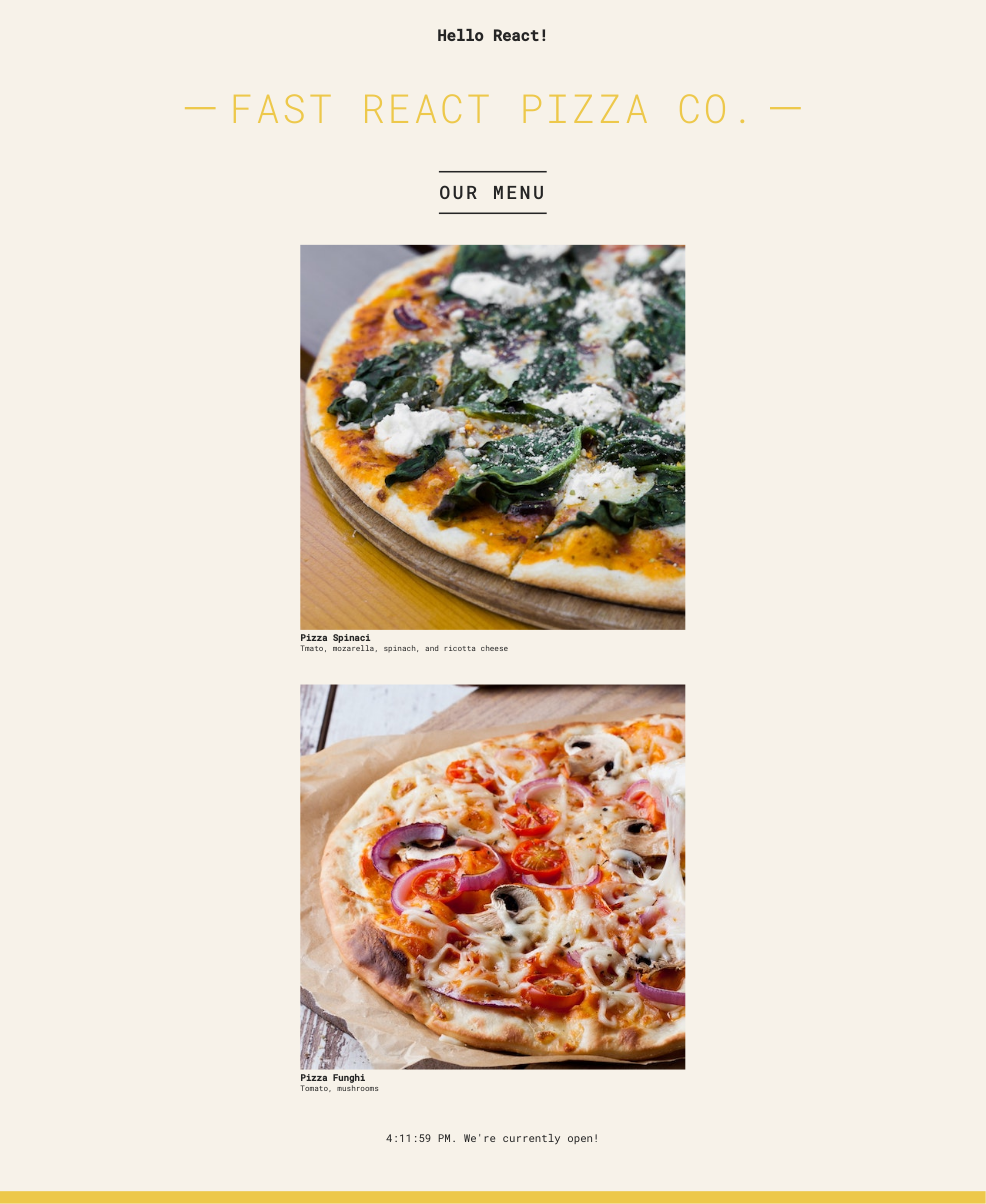
Repository: Alphosmart/03_pizza-menu
Page: /
These files come from the project's save history. The page is drawn as it stood at one moment and after the next save; the edit follows.
The browser window is 1280 px wide. The pictures show the whole page, at 77% of full size.
The project was rebuilt for these pictures with package versions that can differ from the ones it lists, and the page was loaded fresh each time.

Above is the page before, as saved 2024-05-27 19:48:54.

### src/index.js
import React from "react";
import ReactDOM from "react-dom/client";
import "./index.css";

const pizzaData = [
  {
    name: "Focaccia",
    ingredients: "Bread with italian olive oil and rosemary",
    price: 6,
    photoName: "pizzas/focaccia.jpg",
    soldOut: false,
  },
  {
    name: "Pizza Margherita",
    ingredients: "Tomato and mozarella",
    price: 10,
    photoName: "pizzas/margherita.jpg",
    soldOut: false,
  },
  {
    name: "Pizza Spinaci",
    ingredients: "Tomato, mozarella, spinach, and ricotta cheese",
    price: 12,
    photoName: "pizzas/spinaci.jpg",
    soldOut: false,
  },
  {
    name: "Pizza Funghi",
    ingredients: "Tomato, mozarella, mushrooms, and onion",
    price: 12,
    photoName: "pizzas/funghi.jpg",
    soldOut: false,
  },
  {
    name: "Pizza Salamino",
    ingredients: "Tomato, mozarella, and pepperoni",
    price: 15,
    photoName: "pizzas/salamino.jpg",
    soldOut: true,
  },
  {
    name: "Pizza Prosciutto",
    ingredients: "Tomato, mozarella, ham, aragula, and burrata cheese",
    price: 18,
    photoName: "pizzas/prosciutto.jpg",
    soldOut: false,
  },
];

function App() {
  return (
    <div className="container">
      <h1>Hello React!</h1>
      <Header />
      <Menu />
      <Footer />
    </div>
  );
}

function Header() {
  // const style = { color: "red", fontSize: "48px", textTransform: "Uppercase" };
  const style = {};
  return (
    <header className="header">
      <h1 style={style}>Fast React Pizza Co.</h1>
    </header>
  );
}

function Menu() {
  return (
    <main className="menu">
      <h2>Our Menu</h2>
      <Pizza
        name="Pizza Spinaci"
        ingredients="Tmato, mozarella, spinach, and ricotta cheese"
        photoName="pizzas/spinaci.jpg"
        price="10"
      />
      <Pizza
        name="Pizza Funghi"
        ingredients="Tomato, mushrooms"
        price="12"
        photoName="pizzas/funghi.jpg"
      />
    </main>
  );
}

function Pizza(props) {
  console.log(props);
  return (
    <div>
      <img src={props.photoName} alt={props.name} />
      <h3>{props.name}</h3>
      <p>{props.ingredients}</p>
    </div>
  );
}
function Footer() {
  // const hour = new Date().getHours();
  // const openHour = 12;
  // const closeHour = 22;
  // const isOpen = hour >= openHour && hour <= closeHour;
  // console.log(isOpen);
  // if (hour >= openHour && hour <= closeHour) alert("We're currently open!");
  // else alert("Sorry We're closed!");
  return (
    <footer className="footer">
      {new Date().toLocaleTimeString()}. We're currently open!
    </footer>
  );

  // return React.createElement("footer", null, "We're currently open!");
}

// React v18
const root = ReactDOM.createRoot(document.getElementById("root"));
root.render(
  <React.StrictMode>
    <App />
  </React.StrictMode>
); // or root.render<App />);

//React before v18
// React.render(<App />, document.getElementById("root"));

Loaded but not shown: public/index.html (common file); src/index.css (common file)

After the next save:
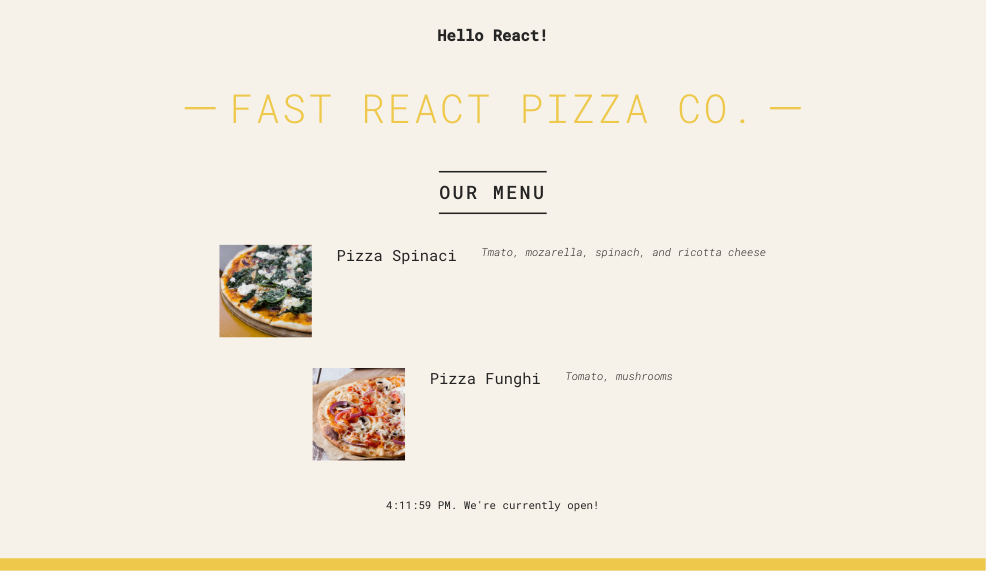
Saved 80 s later.
--- a/src/index.js
+++ b/src/index.js
@@ -91,7 +91,7 @@ function Menu() {
 function Pizza(props) {
   console.log(props);
   return (
-    <div>
+    <div className="pizza">
       <img src={props.photoName} alt={props.name} />
       <h3>{props.name}</h3>
       <p>{props.ingredients}</p>
